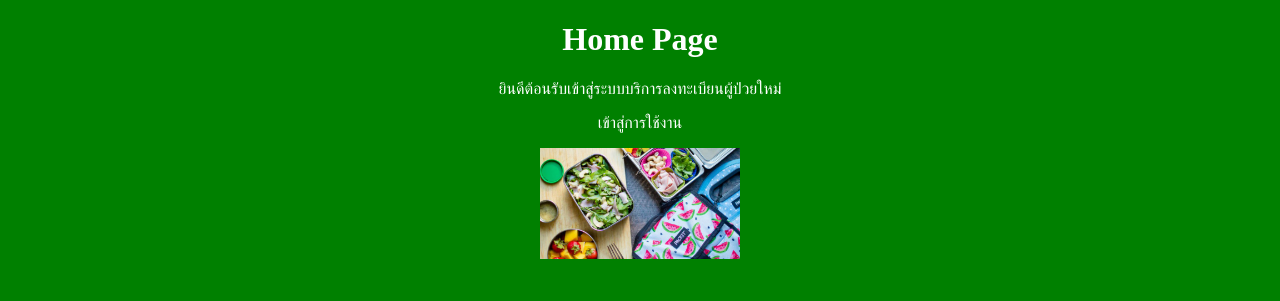
Repository: iamsamitdev/java_class_rd
Page: http://localhost/HelloJSP/
An editor plug-in stored every save of this project. The page is shown before and after a run of saves, followed by the edit.
The browser window is 1280 px wide. The pictures show the whole page.
The page is served by Tomcat 9.

Above is the page before, as saved 2020-03-11 08:24:27.

After the next 2 saves:
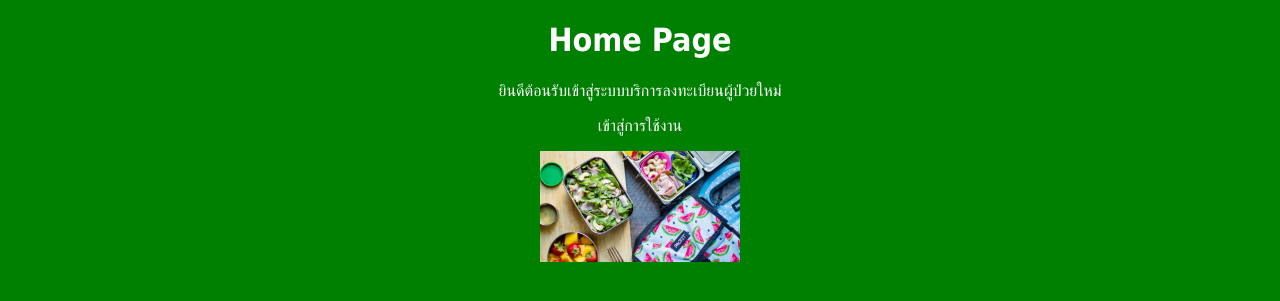
The 2 saves are shown as one change because they came seconds apart.
The last was saved 69 s later.
--- a/JSP/HelloJSP/WebContent/index.jsp
+++ b/JSP/HelloJSP/WebContent/index.jsp
@@ -11,6 +11,7 @@
 		background-color: green;
 		color: white;
 		text-align: center;
+		font-family: Tahoma;
 	}
 </style>
 </head>

After the save that followed:
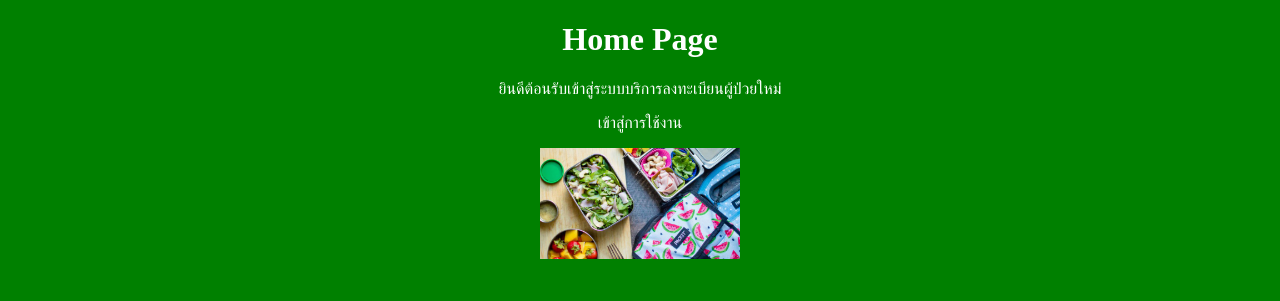
Saved 46 s later.
--- a/JSP/HelloJSP/WebContent/index.jsp
+++ b/JSP/HelloJSP/WebContent/index.jsp
@@ -11,7 +11,7 @@
 		background-color: green;
 		color: white;
 		text-align: center;
-		font-family: Tahoma;
+		font-family: Angsana news;
 	}
 </style>
 </head>
